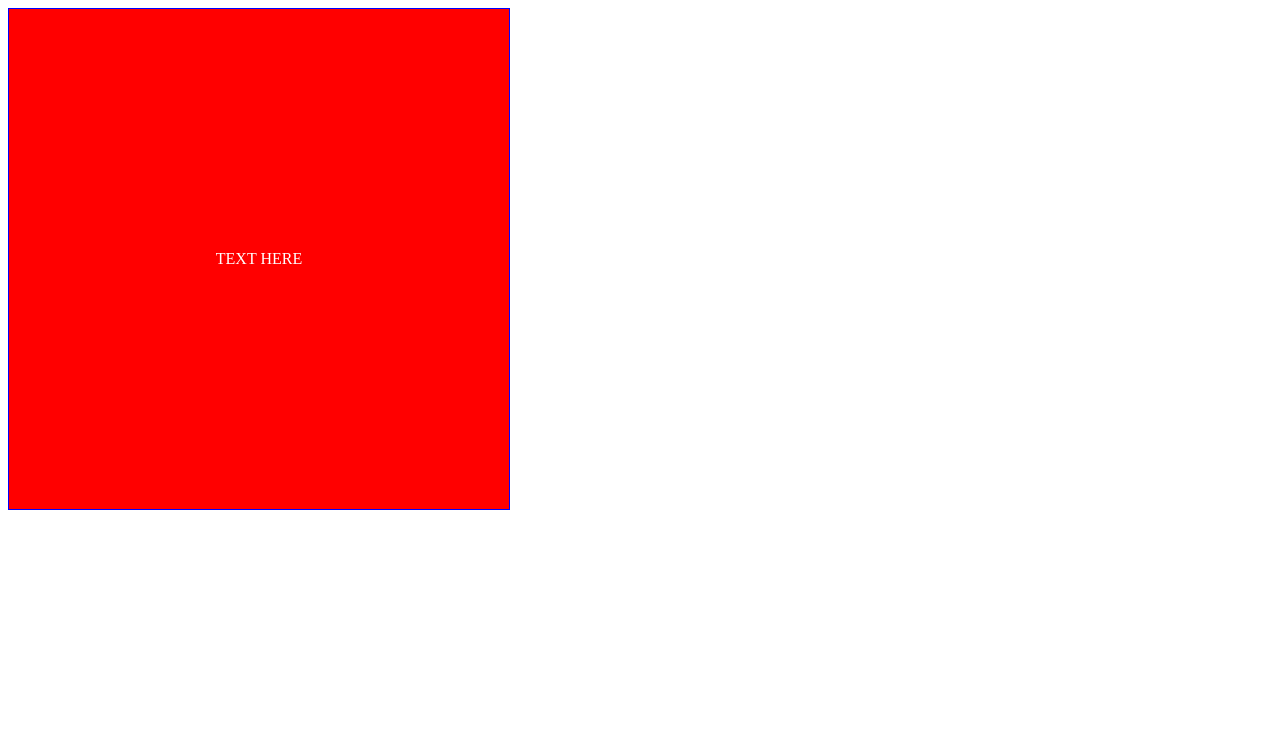
Repository: piyushiso/piyushiso.github.io
Page: random/daynight/index.html
The author's editor kept a copy of each file at every save. The page is drawn from the files as they stood at one save, then again after a run of saves.
The browser window is 1280 px wide. The page is 1288 px wide, so the pictures cover 1288 px, including what lies to the right of the window. The pictures show the whole page.

Above is the page before, as saved 2022-05-23 16:01:15.

After the next 4 saves:
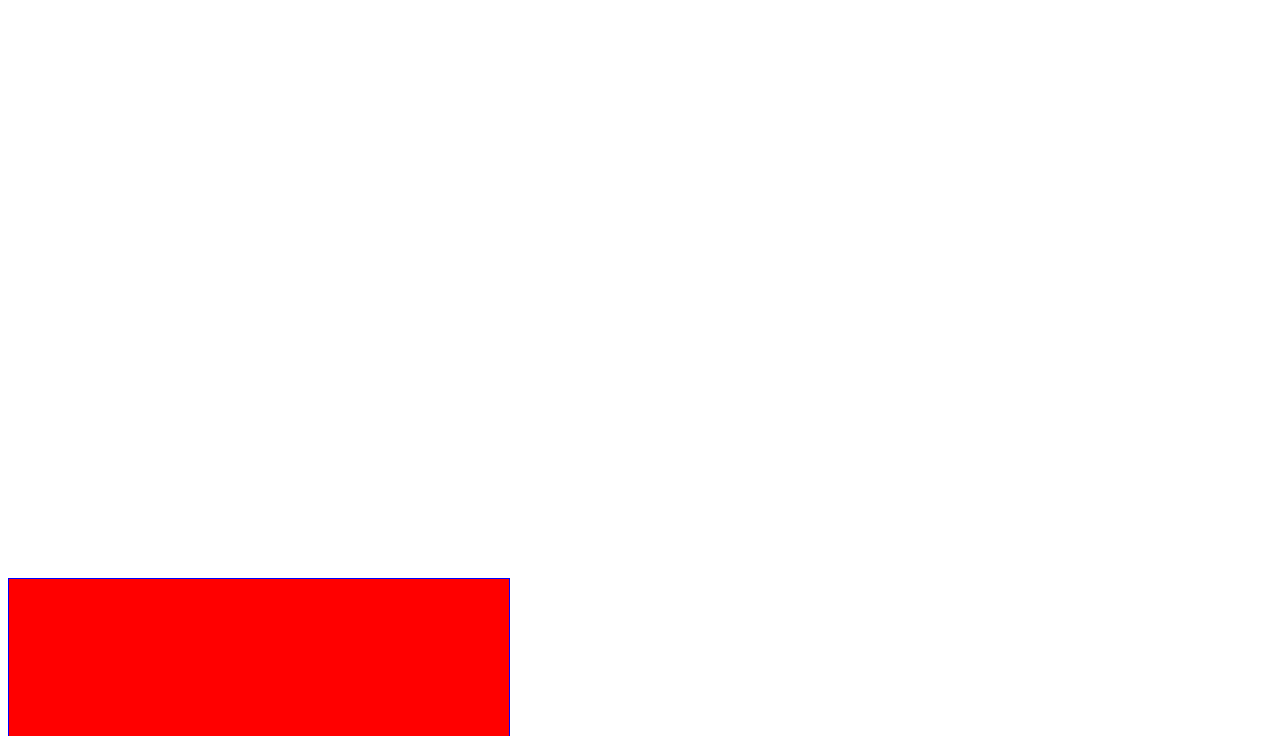
The 4 saves are shown as one change because they came seconds apart.
The last was saved 11 s later.
--- a/random/daynight/styles/style.css
+++ b/random/daynight/styles/style.css
@@ -9,8 +9,9 @@
     height: 500px;
     width: 500px;
     border: solid thin blue;
-    /* position: absolute;
-    bottom: -50%; */
+    position: absolute;
+    bottom: -50%;
+
     align-items: center;
     align-self: center;
     align-content: center;
